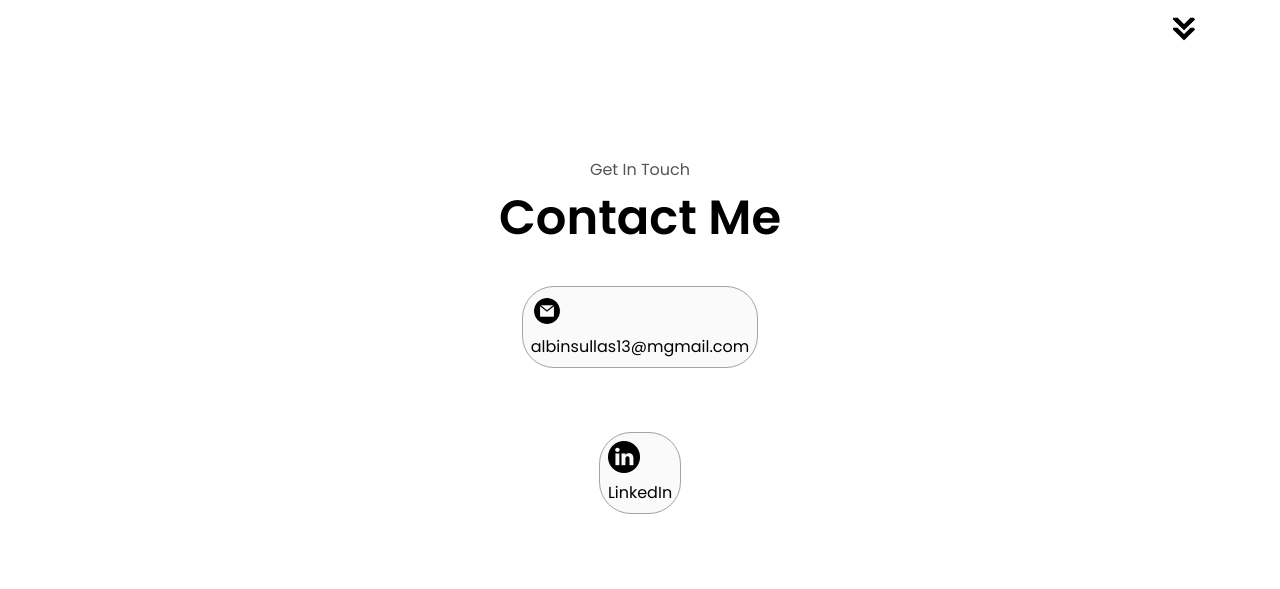
Repository: albinsabu2023/albinsabu
Page: index.html
The author's editor kept a copy of each file at every save. The page is drawn from the files as they stood at one save, then again after the next save.
The browser window is 1280 px wide. The pictures show the part of the page from y = 2687 to 3276 px (the page is 3276 px tall).
A picture or video elsewhere on the page could not be fetched, so the positions and the page height are approximate.

Above is the page before, as saved 2023-08-30 13:51:27.

After the next save:
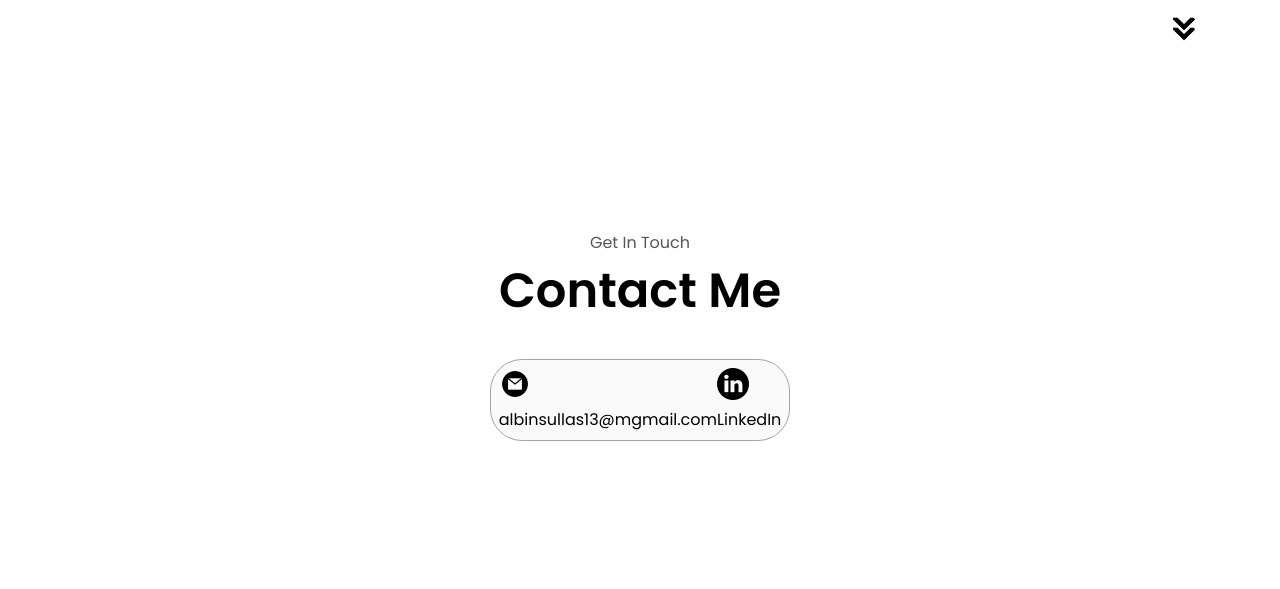
Saved 49 s later.
--- a/index.html
+++ b/index.html
@@ -234,13 +234,13 @@
                 <img src="./assets/email.png" alt="email icon" class="icon contact-icon">
                 <p><a href="mailto:albinsullas13@gmail.com">albinsullas13@mgmail.com</a></p>
             </div>
-        </div>
-        <div class="contact-info-upper-container">
             <div class="contact-info-container">
                 <img src="./assets/linkedin.png" alt="linkdin icon" class="icon contact-icon">
                 <p><a href="https://www.linkedin.com/in/albin-sabu-377798230">LinkedIn</a></p>
             </div>
         </div>
+
+
     </section>
     <script src="script.js"></script>
 </body>
